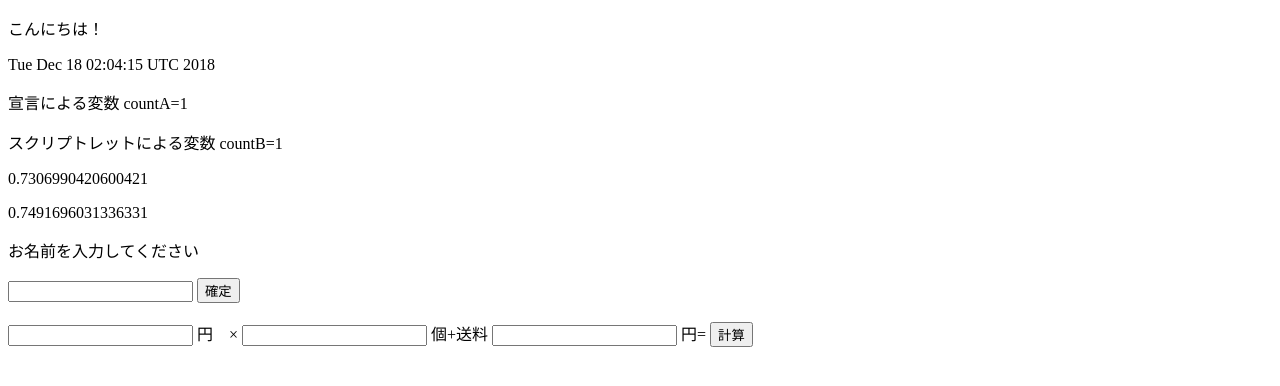
Repository: fujita0830/learning
Page: http://localhost/HelloJSP/
The author's editor kept a copy of each file at every save. The page is drawn from the files as they stood at one save, then again after the next save.
The browser window is 1280 px wide. The pictures show the whole page.
The page is served by Tomcat 9.

Above is the page before, as saved 2018-12-18 08:29:51.

After the next save:
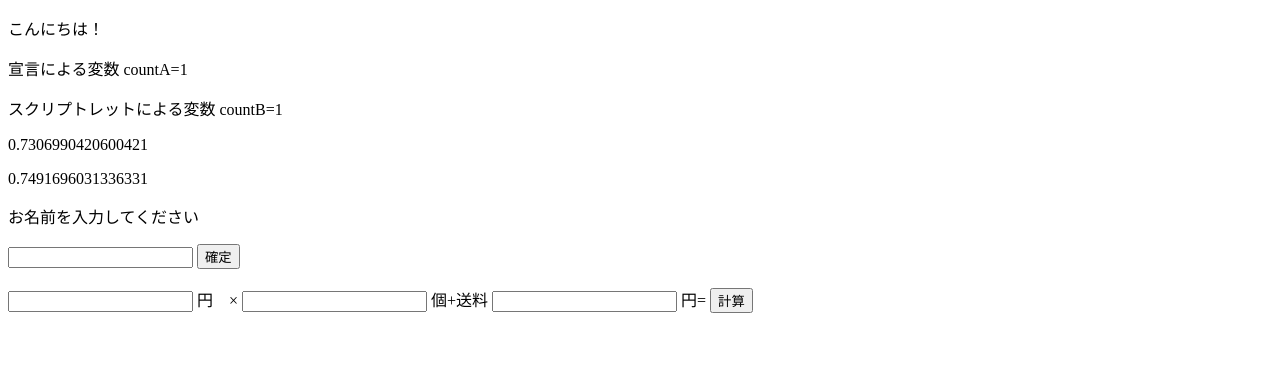
Saved 110 s later.
--- a/HelloJSP/WebContent/index.jsp
+++ b/HelloJSP/WebContent/index.jsp
@@ -8,7 +8,6 @@
 </head>
 <body>
 <p>こんにちは！</p>
-<% out.println(new java.util.Date()); %>
 
 <%!
 static int countA=0;
